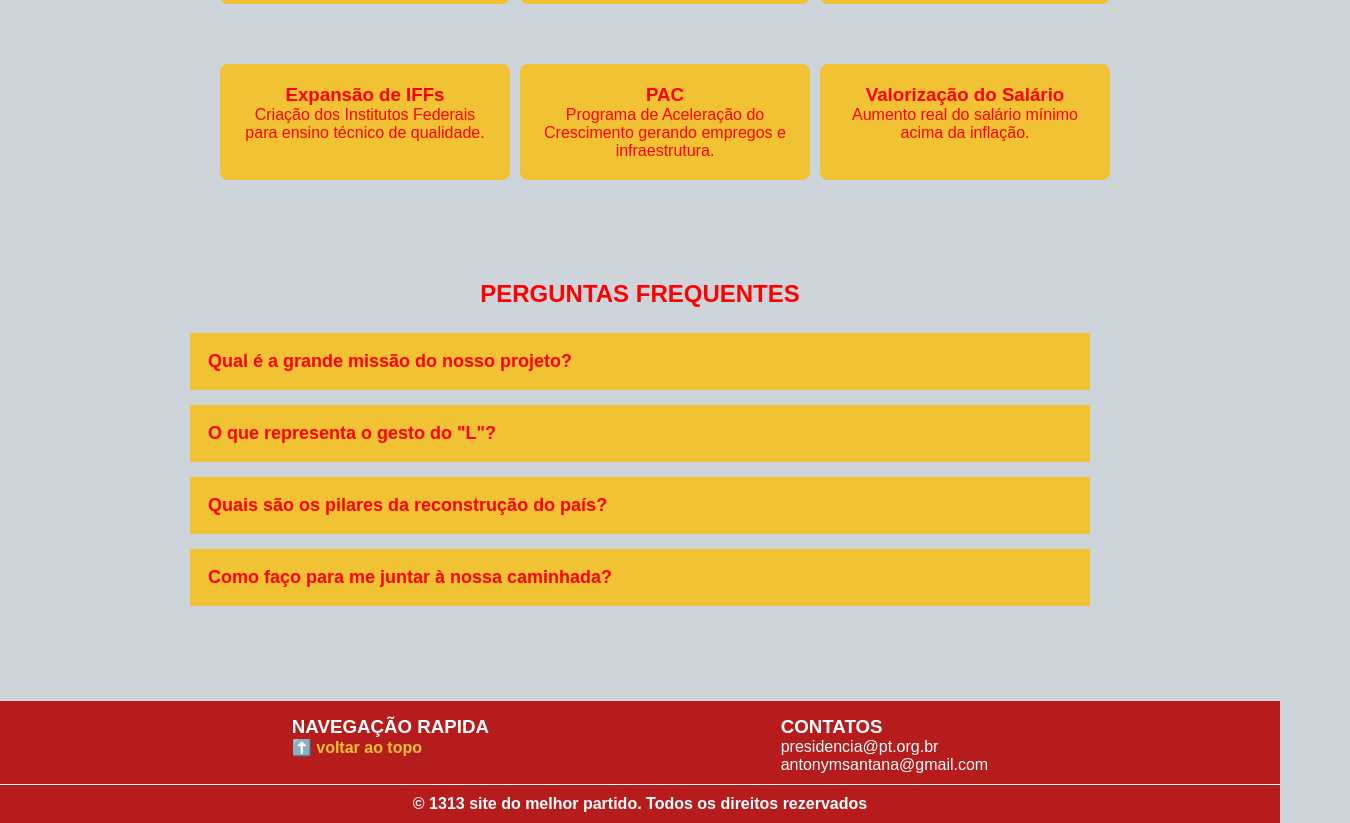
Repository: antonymsantana-design/second.revision
Page: html/html.html
An editor plug-in stored every save of this project. The page is shown before and after a run of saves, followed by the edit.
The browser window is 1280 px wide. The page is 1350 px wide, so the pictures cover 1350 px, including what lies to the right of the window. The pictures show the part of the page from y = 1884 to 2752 px (the page is 2707 px tall before and 2752 px after).

Above is the page before, as saved 2026-09-05 13:52:51.

### html/html.html
<!doctype html>
<html lang="pt-br">
  <head>
    <meta charset="UTF-8" />
    <meta name="viewport" content="width=device-width, initial-scale=1.0" />
    <title>avaliação</title>
    <link rel="stylesheet" href="../css/css.css" />
    <script src="../js/js.js" defer></script>
  </head>
  <header>
    <div class="conteudoH" id="conteudoH">
      <div class="imagem" id="imagem">
        <img
          src="../IMAGENS/partido-dos-trabalhadores-pt.png"
          alt="logo"
          class="logoIMG"
          id="logoIMG"
        />
      </div>
      <div class="links" id="links">
        <a href="#" class="aLinks">EXPERIÊNCIAS</a>
        <a href="#" class="aLinks">PROJETOS</a>
        <a href="#" class="aLinks">SOBRE</a>
      </div>
      <div class="btnDiv" id="btnDiv">
        <button class="btn" id="btn">
          <div class="btnTxt" id="btnTxt">
            <p>contrate-nos</p>
          </div>
        </button>
      </div>
    </div>
  </header>

  <body>
    <div class="conteudo">
      <div class="texto">
        <h1 class="faça_o_l">FAÇA O L</h1>
        <br />
        <h1 class="imediatamente">IMEDIATAMENTE</h1>
      </div>
    </div>

    <div class="cards">
      <div class="card">
        <div class="imagemCard">
          <img src="../IMAGENS/fazoL.webp" alt="ptzão" />
        </div>
        <div class="textoC">
          <p>
            O L desenhado pelas mãos do povo é o nosso escudo estampado no
            peito, o brasão de uma nação que recusou o fim e escolheu se
            reconstruir. Assim como os maiores símbolos de proteção, ele traz a
            força indomável dos esquecidos, a coragem da classe trabalhadora e o
            abraço que resgata a dignidade de cada família. Fazer o L não é
            apenas um gesto: é a armadura invisível da justiça, a poesia de quem
            luta sem medo e a prova viva de que a esperança sempre vence
            qualquer escuridão.
          </p>
        </div>
      </div>

      <div class="card">
        <div class="imagemCard">
          <img src="../IMAGENS/Design sem nome.png" alt="ptzão" />
        </div>
        <div class="textoC">
          <p>
            A reconstrução do Brasil é a nossa maior batalha vitoriosa, o
            compromisso sagrado de honrar quem ergue este país com as próprias
            mãos. É o salário que volta a ter valor de arma contra a miséria, o
            prato cheio que alimenta a dignidade e a porta da universidade
            aberta para o filho do trabalhador. Erguemos de volta a estrutura de
            uma nação soberana, provando que quando a força do povo se levanta,
            nenhuma injustiça é capaz de ficar em pé.
          </p>
        </div>
      </div>

      <div class="card">
        <div class="imagemCard">
          <img src="../IMAGENS/Design sem nome (1).png" alt="ptzão" />
        </div>
        <div class="textoC">
          <p>
            Nossa verdadeira força nunca esteve em batalhas solitárias, mas no
            exército invencível de milhões de corações alinhados. É o povo
            organizado no campo, na fábrica e na periferia, formando uma
            barreira inabalável em defesa da liberdade e do futuro. Estar juntos
            é carregar o juramento de não deixar ninguém para trás. Somos a
            guarda permanente do país, os guardiões da justiça social e a prova
            de que a nossa união é o maior poder da Terra.
          </p>
        </div>
      </div>
    </div>

    <div class="cardsV">
      <div class="video">
        <video autoplay loop muted playsinline>
          <source src="../video/video1.mp4" type="video/mp4" />
        </video>
      </div>
      <div class="video">
        <video autoplay loop muted playsinline>
          <source src="../video/video2.mp4" type="video/mp4" />
        </video>
      </div>
      <div class="video">
        <video autoplay loop muted playsinline>
          <source src="../video/video3.mp4" type="video/mp4" />
        </video>
      </div>
    </div>

    <div class="galery">
      <div class="btnfiltro">
        <button class="btn-filtro" data-categoria="todos">Todas</button>
        <button class="btn-filtro" data-categoria="social">Social</button>
        <button class="btn-filtro" data-categoria="educacao">Educação</button>
        <button class="btn-filtro" data-categoria="economia">Economia</button>
      </div>

      <div class="cards-galeria">
        <div class="card-item" data-categoria="social">
          <h3>Bolsa Família</h3>
          <p>
            Garantia de renda e combate direto à extrema pobreza em todo o país.
          </p>
        </div>

        <div class="card-item" data-categoria="social">
          <h3>Minha Casa Minha Vida</h3>
          <p>Acesso à moradia digna para milhões de famílias brasileiras.</p>
        </div>

        <div class="card-item" data-categoria="educacao">
          <h3>Prouni e FIES</h3>
          <p>Inclusão de jovens da classe trabalhadora no ensino superior.</p>
        </div>

        <div class="card-item" data-categoria="educacao">
          <h3>Expansão de IFFs</h3>
          <p>
            Criação dos Institutos Federais para ensino técnico de qualidade.
          </p>
        </div>

        <div class="card-item" data-categoria="economia">
          <h3>PAC</h3>
          <p>
            Programa de Aceleração do Crescimento gerando empregos e
            infraestrutura.
          </p>
        </div>

        <div class="card-item" data-categoria="economia">
          <h3>Valorização do Salário</h3>
          <p>Aumento real do salário mínimo acima da inflação.</p>
        </div>
      </div>
    </div>

    <div class="crd-container">
      <h2 class="crd-titulo">PERGUNTAS FREQUENTES</h2>

      <div class="crd-item">
        <button class="crd-pergunta">
          Qual é a grande missão do nosso projeto?
        </button>
        <div class="crd-resposta">
          <p>
            Erguer a bandeira da esperança e da justiça social, trazendo de
            volta a dignidade, o trabalho e a oportunidade de um futuro melhor
            para todo o povo brasileiro.
          </p>
        </div>
      </div>

      <div class="crd-item">
        <button class="crd-pergunta">O que representa o gesto do "L"?</button>
        <div class="crd-resposta">
          <p>
            O "L" é o símbolo do nosso compromisso coletivo. Ele representa o
            escudo da classe trabalhadora, a força dos esquecidos e a prova de
            que a união vence qualquer escuridão.
          </p>
        </div>
      </div>

      <div class="crd-item">
        <button class="crd-pergunta">
          Quais são os pilares da reconstrução do país?
        </button>
        <div class="crd-resposta">
          <p>
            Foco no que realmente importa: salário valorizado, comida na mesa,
            moradia digna e as portas das universidades abertas para os filhos
            do trabalhador.
          </p>
        </div>
      </div>

      <div class="crd-item">
        <button class="crd-pergunta">
          Como faço para me juntar à nossa caminhada?
        </button>
        <div class="crd-resposta">
          <p>
            A nossa força vem da união de todos. Seja no campo, na fábrica ou na
            cidade, qualquer pessoa pode somar voz e energia para defender a
            democracia e o futuro do país.
          </p>
        </div>
      </div>
    </div>

    <div class="modal-overlay" id="modalContato">
      <div class="modal-box">
        <span id="btnClose" class="close-btn">X</span>
        <h2 class="modal-title">FALE CONOSCO</h2>

        <form id="formContato">
          <div class="input-group">
            <label for="nome">Nome</label>
            <input type="text" id="nome" required />
          </div>
          <div class="input-group">
            <label for="email">E-mail</label>
            <input type="email" id="email" required />
          </div>
          <div class="input-group">
            <label for="Assunto">Assunto</label>
            <input type="text" id="assunto" required />
          </div>
          <div class="input-group">
            <label for="mensagem">mensagem</label>
            <textarea id="mensagem" rows="4" required></textarea>
          </div>

          <button type="submit" class="btn-enviar" id="enviar">ENVIAR</button>
        </form>
      </div>
    </div>
  </body>
  <footer>
    <div class="cima">
      <div class="esquerda">
        <h3>NAVEGAÇÃO RAPIDA</h3>
        <h4 class="btnTopo" id="btnTopo">⬆️ voltar ao topo</h4>
      </div>
      <div class="direita">
        <h3>CONTATOS</h3>
        <a href="">presidencia@pt.org.br</a> <br />
        <a href="">antonymsantana@gmail.com</a>
      </div>
    </div>
    <div class="baixo">
      <h4>© 1313 site do melhor partido. Todos os direitos rezervados</h4>
    </div>
  </footer>
</html>

### css/css.css
* {
    padding: 0px;
    margin: 0px;
    font-family: Arial, Helvetica, sans-serif;
}

body {
    background-color: rgb(205, 212, 218);
}

header {
    background-color: #f1c233;
    height: 110px;
    border-bottom: red solid 3px;
}

.conteudoH {
    display: flex;
    justify-content: space-between;
    padding-right: 100px;
    align-items: center;
}

.imagem {
    margin-left: 20px;
    margin-top: 5px;
}

.logoIMG {
    width: 100px;
    height: 100px;
}

.links {
    display: flex;
    gap: 20px;
    justify-content: center;
    padding-right: 130px;
}

.links a {
    text-decoration: none;
    color: red;
    transition: 0.5s ease;
}

.aLinks:hover {
    transform: translateY(-5px);
    box-shadow: 0 4px 10px rgba(0, 0, 0, 0.15);
    background-color: red;
    color: #f1c233;
    border-radius: 5px;
    width: 120px;
    height: 30px;
    display: flex;
    justify-content: center;
    align-items: center;
}

.btnDiv {
    display: flex;
}

.btn {
    display: flex;
    justify-content: center;
    width: 120px;
    height: 70px;
    background-color: red;
    border: none;
    color: white;
    align-items: center;
    border-radius: 8px;
    transition: 0.3s ease;
    cursor: pointer;
}

.btn:hover {
    transform: translateY(-5px);
    box-shadow: 0 8px 15px rgba(255, 0, 0, 0.4);
}

.conteudo {
    background-image: url(../IMAGENS/maxresdefault.jpg);
    background-repeat: no-repeat;
    background-size: cover;
    background-position: center;
    height: 100vh;
}

.texto {
    padding-top: 250px;
    padding-left: 100px;
    font-size: 40px;
}

.faça_o_l {
    color: #f1c233;
}

.imediatamente {
    color: red;
}

.cards {
    display: flex;
    justify-content: space-around;
    margin-top: 20px;
}

.card {
    background-color: #f1c233;
    height: 500px;
    width: 430px;
    border-radius: 10px;
    display: flex;
    justify-content: center;
    align-items: center;
    position: relative;
    transition: 0.3s ease;
}

.card:hover {
    transform: translateY(-10px);
    box-shadow: 0 12px 25px rgba(0, 0, 0, 0.3);
    background-color: red;
}

.imagemCard {
    width: 300px;
    height: 300px;
    position: absolute;
    top: 50%;
    left: 50%;
    transform: translate(-50%, -50%);
    transition: 0.3s ease;
}

.imagemCard img {
    width: 100%;
    transition: 0.3s ease;
}

.card:hover img {
    opacity: 0;
}

.textoC {
    color: #f1c233;
    text-align: center;
    justify-content: center;
    align-items: center;
    font-size: 20px;
    display: flex;
    height: 500px;
    width: 430px;
    padding: 20px;
    box-sizing: border-box;
}

.cardsV {
    display: flex;
    justify-content: space-around;
    margin-top: 90px;
}

.cardsV video {
    width: 450px;
    border-radius: 10px;
    padding-bottom: 55px;
    transition: 0.3s ease;
}

.cardsV video:hover {
    transform: translateY(-8px);
}

.modal-overlay {
    position: fixed;
    top: 0;
    left: 0;
    width: 100vw;
    height: 100vh;
    background-color: rgba(0, 0, 0, 0.65);
    display: none;
    justify-content: center;
    align-items: center;
    z-index: 9999;
}

.modal-overlay.active {
    display: flex;
}

.modal-box {
    background-color: #f1c233;
    width: 90%;
    max-width: 420px;
    padding: 30px 25px;
    position: relative;
    box-shadow: 0 8px 20px rgba(0, 0, 0, 0.3);
    border-radius: 5px;
}

.close-btn {
    position: absolute;
    top: 12px;
    right: 20px;
    font-size: 26px;
    color: red;
    cursor: pointer;
    font-weight: bold;
    transition: 0.3s ease;
}

.close-btn:hover {
    transform: scale(1.2);
}

.modal-title {
    text-align: center;
    margin-bottom: 20px;
    color: red;
}



.input-group {
    display: flex;
    flex-direction: column;
    margin-bottom: 12px;
}

.input-group label {
    font-size: 14px;
    font-weight: bold;
    color: red;
    margin-bottom: 4px;
}

.input-group input,
.input-group textarea {
    border: none;
    border-radius: 8px;
    padding: 10px;
    resize: vertical;
    outline: none;
    font-size: 14px;
}

.btn-enviar {
    display: block;
    margin: 20px auto 0 auto;
    background-color: red;
    color: white;
    border: none;
    padding: 10px 40px;
    border-radius: 20px;
    font-weight: bold;
    cursor: pointer;
    transition: 0.3s ease;
}

.btn-enviar:hover {
    transform: translateY(-3px);
    box-shadow: 0 5px 15px rgba(0, 0, 0, 0.2);
}

footer {
    background-color: #b71c1c;
    color: white;
    padding-top: 15px;
}

.cima {
    border-bottom: white 1px solid;
    padding-bottom: 10px;
    display: flex;
    justify-content: space-evenly;
}

.direita a {
    color: white;
    text-decoration: none;
    transition: 0.3s ease;
}

.direita a:hover {
    color: #f1c233;
}

.btnTopo {
    cursor: pointer;
    color: #f1c233;
    transition: 0.3s ease;
}

.btnTopo:hover {
    transform: translateY(-3px);
}

.baixo {
    text-align: center;
    padding: 10px 0;
}

.galery{
    padding-bottom: 20px;
}

.card-item {
    background-color: #f1c233;
    color: red;
    padding: 20px;
    border-radius: 8px;
    width: 250px;
    text-align: center;
    transition: 0.3s ease;
}

.btnfiltro{
    padding-bottom: 10px;
     display: flex;
    justify-content: center;
    gap: 10px;
}

.card-item:hover {
    transform: translateY(-5px);
    box-shadow: 0 5px 15px rgba(0, 0, 0, 0.2);
}

.btn-filtroT{
    background-color: #f1c233;
    color: white;
    border: none;
    padding: 10px 20px;
    border-radius: 5px;
    cursor: pointer;
    font-weight: bold;
    transition: 0.3s ease;
}

.btn-filtro {
    background-color: red;
    color: white;
    border: none;
    padding: 10px 20px;
    border-radius: 5px;
    cursor: pointer;
    font-weight: bold;
    transition: 0.3s ease;
}

.btn-filtro.trocarCor{
    background-color: #f1c233;
    color: white;
}

.btn-filtro:hover {
    background-color: #b71c1c;
    transform: translateY(-2px);
}

.cards-galeria{
    display: grid;
    justify-content: center;
    grid-template-columns: repeat(3, 240px);
    gap: 60px;
}

.card-item.escondido {
    display: none;
}

.crd-container {
    max-width: 900px;
    margin: 60px auto;
    padding: 20px;
}

.crd-titulo {
    text-align: center;
    color: red;
    margin-bottom: 25px;
}

.crd-item {
    margin-bottom: 15px;
}

.crd-pergunta {
    width: 100%;
    background-color: #f1c233;
    color: red;
    border: none;
    padding: 18px;
    text-align: left;
    font-size: 18px;
    font-weight: bold;
    cursor: pointer;
}

.crd-pergunta:hover {
    background-color: red;
    color: #f1c233;
}

.crd-resposta {
    display: none;
    overflow: hidden;
    background-color: white;
    transition: 0.4s ease;
}

.crd-resposta p {
    padding: 15px 20px;
    color: #333;
    line-height: 1.5;
}

.crd-item.ativo, .crd-resposta.ativo {
    display: flex;
    max-height: 200px;
}

### js/js.js

const modal = document.getElementById("modalContato")
const btnAbrir = document.getElementById("btn")
const btnFechar = document.getElementById("btnClose")
const enviar = document.getElementById("enviar")
const rolar = document.getElementById("btnTopo")

btnAbrir.onclick = function () {
  modal.classList.add("active")
};

btnFechar.onclick = function () {
  modal.classList.remove("active")
};

enviar.onclick = function () {
  window.alert("enviado com sucesso")
  modal.classList.remove("active")
}

rolar.onclick = function () {
  window.scrollTo({
    top: 0,
    behavior: "smooth",
  });
};

const botoes = document.querySelectorAll(".btn-filtro")
const cards = document.querySelectorAll(".card-item")

botoes.forEach((botao) => {
  botao.addEventListener("click", () => {
    const categoriaSelec = botao.getAttribute("data-categoria")
    cards.forEach((card) => {
      const categoriaCard = card.getAttribute("data-categoria")
      if (categoriaSelec === "todos" || categoriaSelec === categoriaCard) {
        card.classList.remove("escondido")
      } else {
        card.classList.add("escondido")
      }
    })
  })
})

const perguntas = document.querySelector(".crd-pergunta")
const respostas = document.querySelector(".crd-resposta")
const mostrarResp = document.querySelector(".crd-item")

perguntas.onclick = function () {
    respostas.classList.add("active")
}

After the next 2 saves:
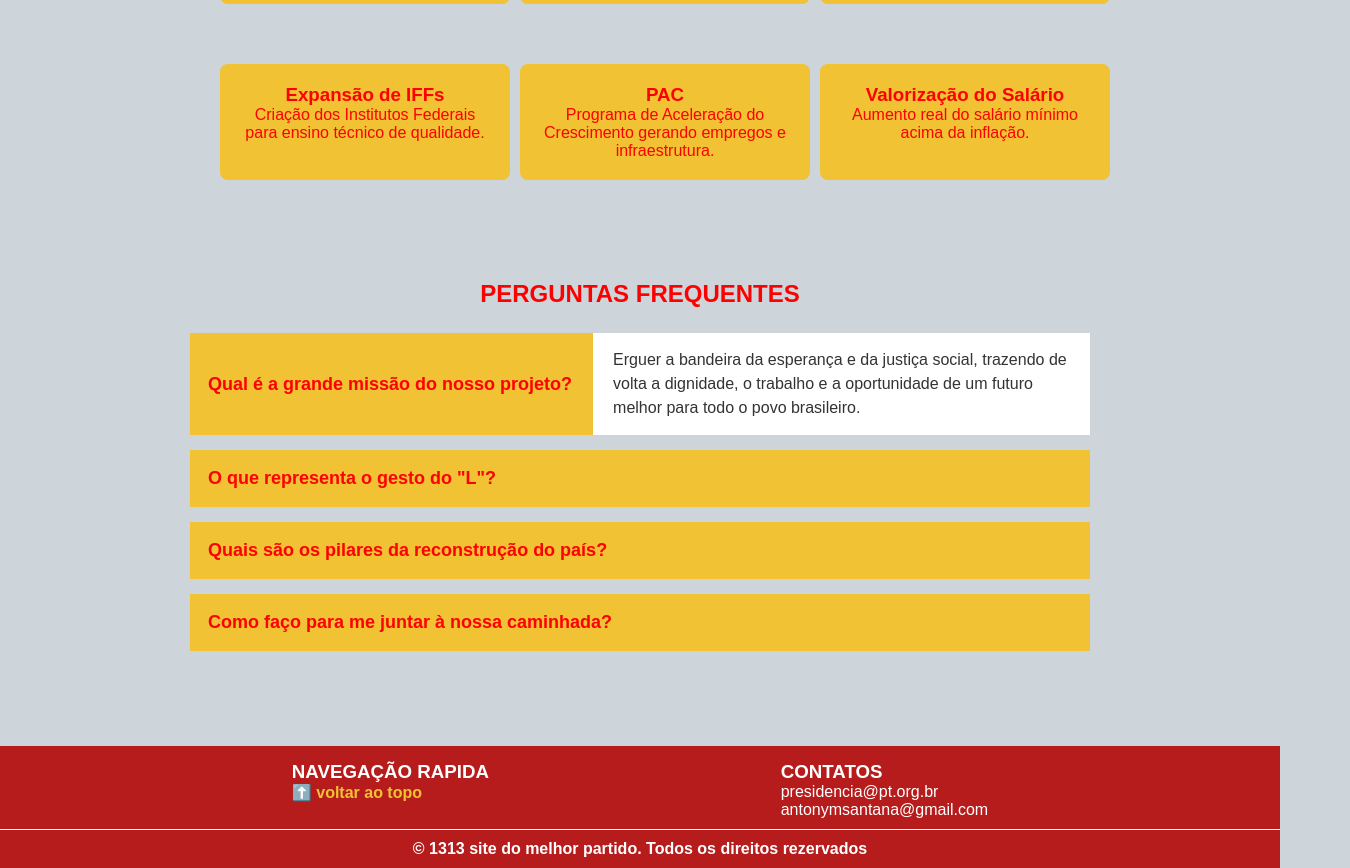
The 2 saves are shown as one change because they came seconds apart.
The last was saved 7 s later.
--- a/js/js.js
+++ b/js/js.js
@@ -47,5 +47,7 @@
 const mostrarResp = document.querySelector(".crd-item")
 
 perguntas.onclick = function () {
-    respostas.classList.add("active")
+
 }
+ respostas.classList.add("ativo")
+    mostrarResp.classList.add("ativo")

After the 4 saves that followed:
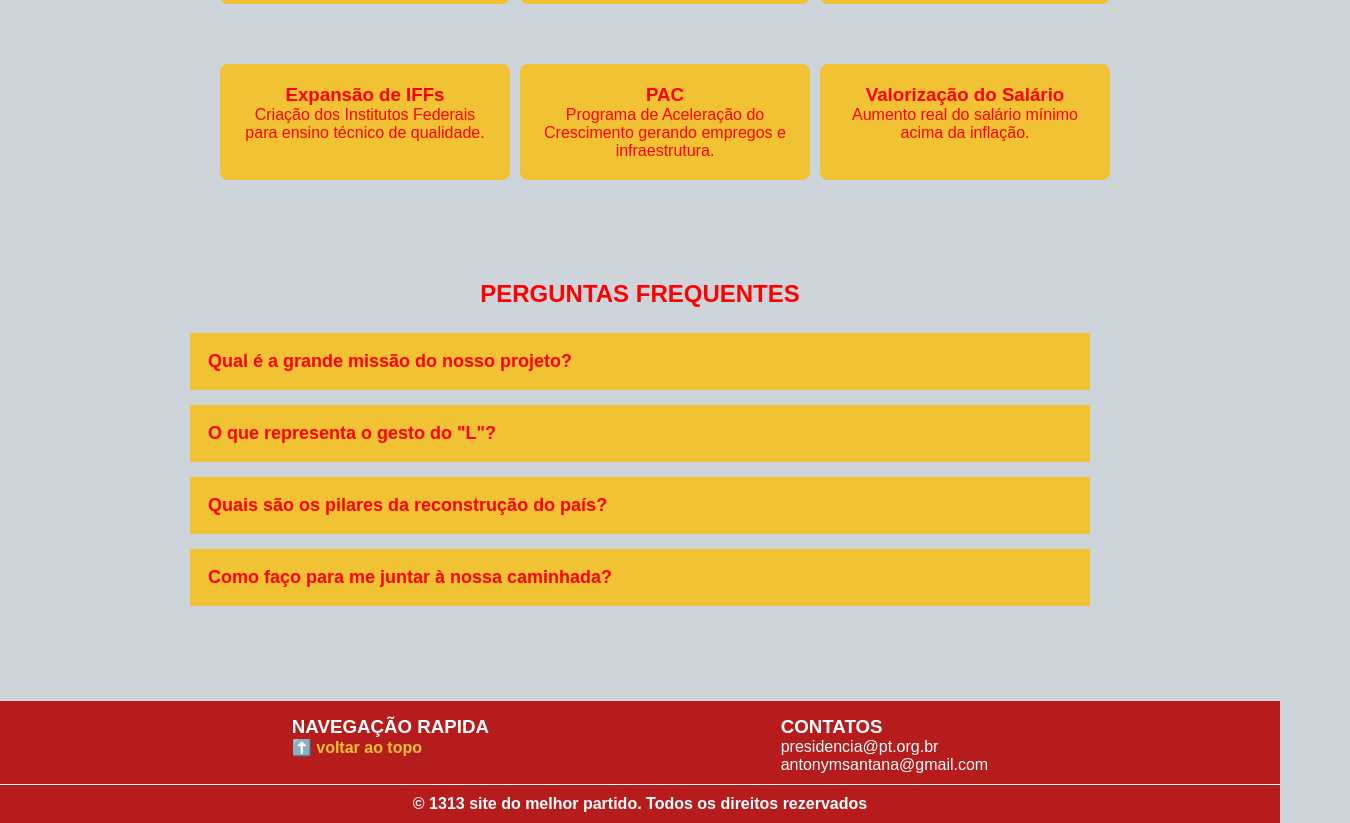
The 4 saves are shown as one change because 1 left the picture as it was and some came seconds apart.
The last was saved 21 s later.
--- a/js/js.js
+++ b/js/js.js
@@ -47,7 +47,10 @@
 const mostrarResp = document.querySelector(".crd-item")
 
 perguntas.onclick = function () {
-
+   if (resposta.style.display === "none") {
+        respostas.classList.add("ativo")
+        mostrarResp.classList.add("ativo")
+    } else {
+        resposta.style.display = "none";
+    }
 }
- respostas.classList.add("ativo")
-    mostrarResp.classList.add("ativo")
